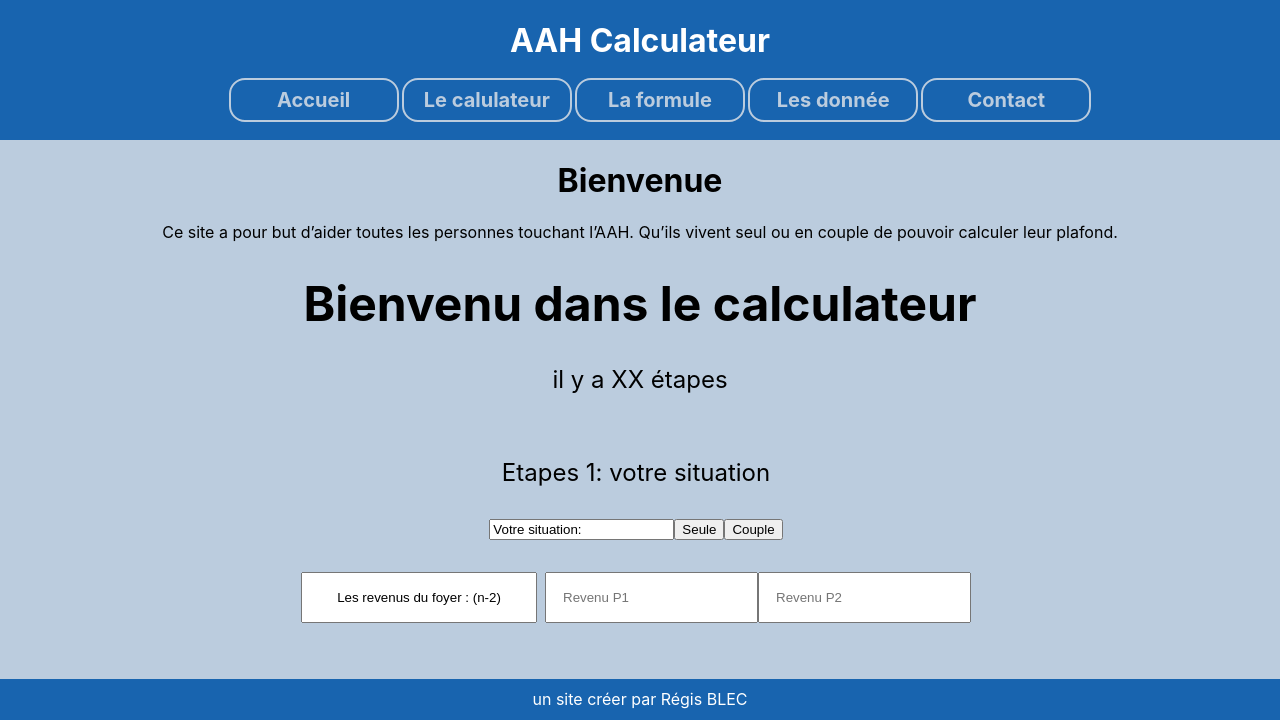
Repository: Cide74/calculateur-aah
Page: /
An editor plug-in stored every save of this project. The page is shown before and after the next save, followed by the edit.
The browser window is 1280 px wide. The pictures show the whole page.
The project was rebuilt for these pictures with package versions that can differ from the ones it lists, and the page was loaded fresh each time.

Above is the page before, as saved 2021-04-05 18:23:34.

After the next save:
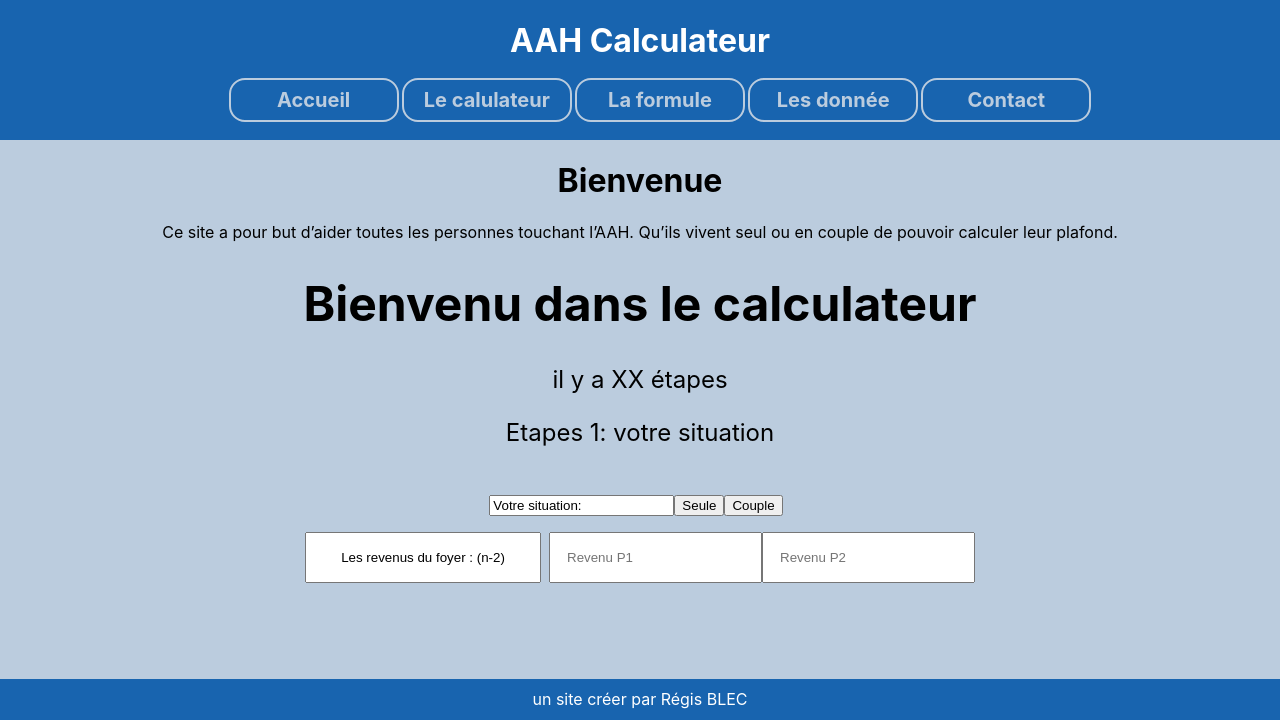
Saved 8 s later.
--- a/src/components/Calculator/Calculator.scss
+++ b/src/components/Calculator/Calculator.scss
@@ -2,12 +2,12 @@
    // color:orange;
     font-size: 1.5rem;
     .form {
-        margin-right: 0.5rem;
-        padding: 1rem;
+
         text-align: center;
 
         &-situation {
-
+                    margin-right: 0.5rem;
+        padding: 1rem;
         }
     }
 
